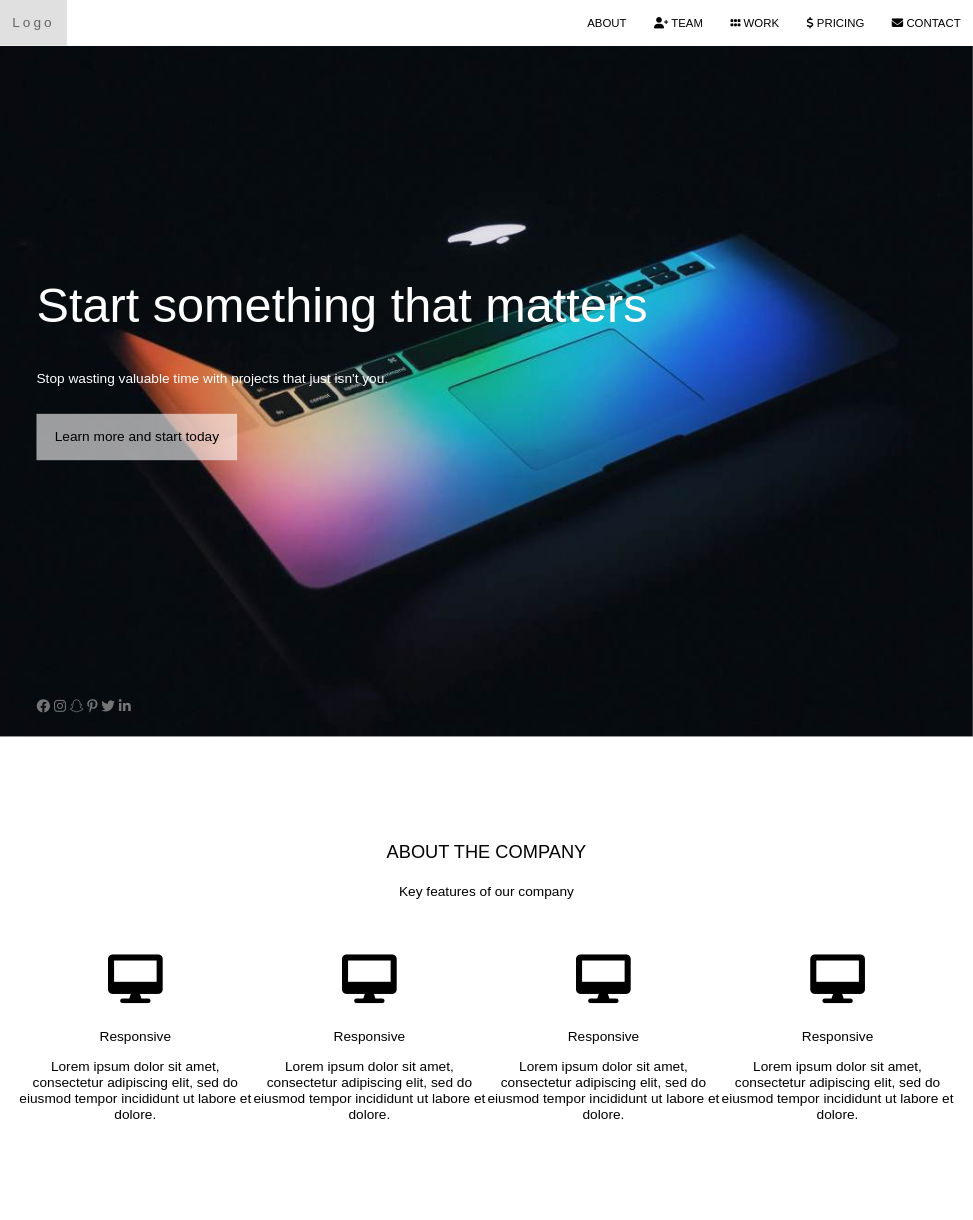
Repository: husterDC/Test
Page: index.html
The author's editor kept a copy of each file at every save. The page is drawn from the files as they stood at one save, then again after the next save.
The browser window is 1280 px wide. The pictures show the whole page, at 76% of full size.

Above is the page before, as saved 2022-10-13 12:55:08.

After the next save:
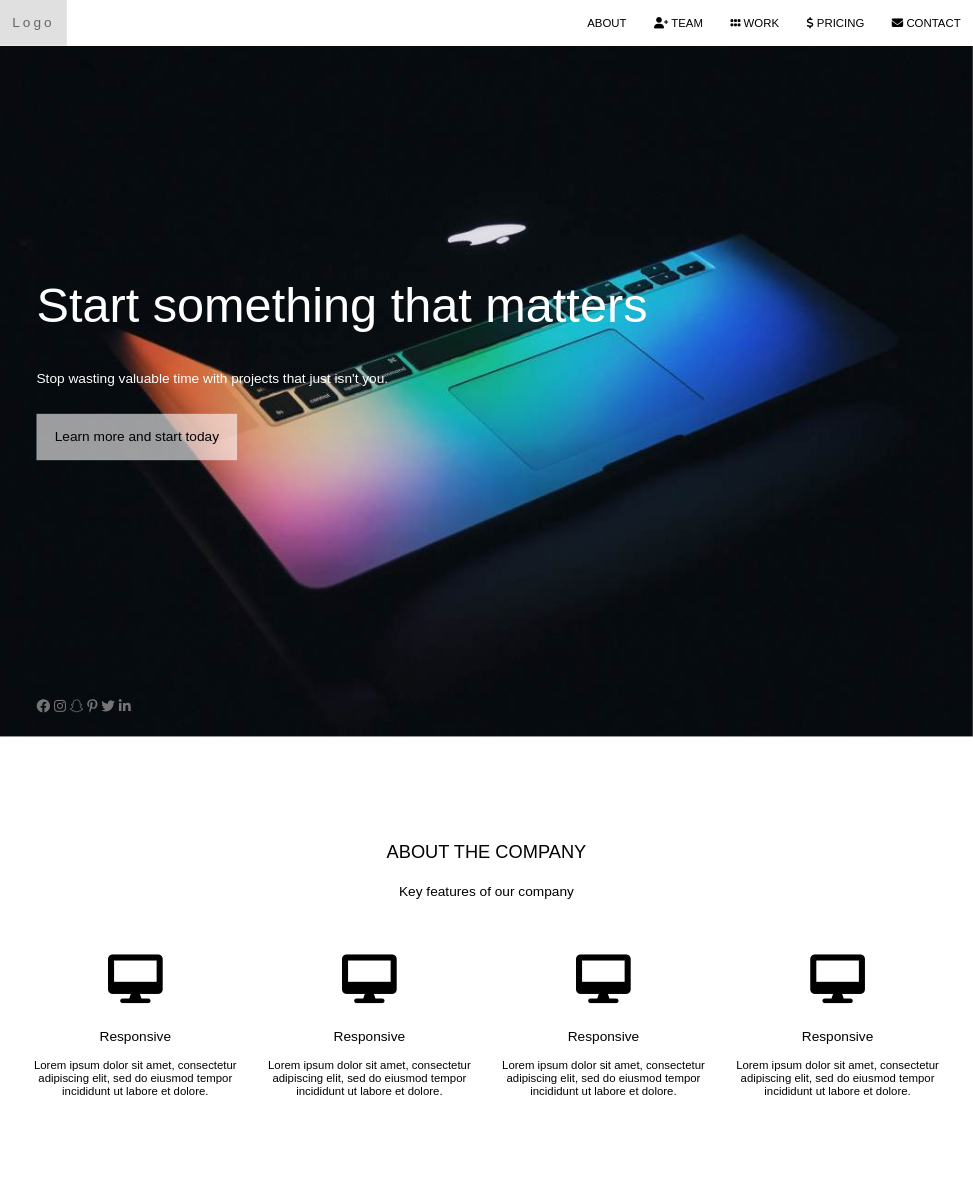
Saved 69 s later.
--- a/assets/style.css
+++ b/assets/style.css
@@ -126,3 +126,6 @@
 .container_about-item-name {
     margin: 18px;
 }
+.container_about-item-dec {
+    font-size: 15px;
+}
